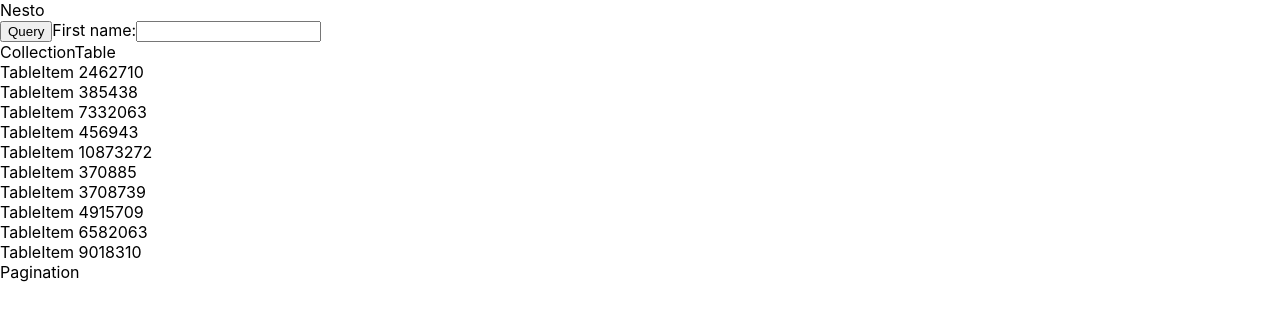
Repository: ivan-baljkas/pristupni_zadatak
Page: / (app in frontend/react-akademija-master/)
The author's editor kept a copy of each file at every save. The page is drawn from the files as they stood at one save, then again after the next save.
The browser window is 1280 px wide. The pictures show the whole page.
The project was rebuilt for these pictures with package versions that can differ from the ones it lists, and the page was loaded fresh each time.

Above is the page before, as saved 2021-07-21 12:39:27.

### frontend/react-akademija-master/src/App.js
import React from "react";
import { SearchForm } from "./components/SearchForm";
import { CollectionTable } from "./components/CollectionTable";
import { TableItem } from "./components/TableItem";
import { Pagination } from "./components/Pagination";
import data from "./data.json";

const App = () => {
  console.log(data);

  return (
    <div>
      <header>
        Nesto
      </header>
        <SearchForm/>
        <CollectionTable/>
        {data.releases.map(release=>(
          <TableItem id={release.id}/>
        ))}
        <Pagination/>
    </div>
  );
};

export default App;

### frontend/react-akademija-master/src/components/SearchForm.jsx
import React, { Component } from 'react'

export const SearchForm = (props) =>{

    return(
        <div>
            <button type="button">Query</button>
            <label for="fname">First name:</label>
            <input type="text" id="fname" name="fname"/>
        </div>
    );
};

### frontend/react-akademija-master/src/components/CollectionTable.jsx
import React, { Component } from 'react'

export const CollectionTable = (props) =>{

    return(
        <div>
            CollectionTable
        </div>
    );
};

### frontend/react-akademija-master/src/components/TableItem.jsx
import React, { Component } from 'react'

export const TableItem = (props) =>{

    return(
        <div>
            TableItem {props.id}
        </div>
    );
};

### frontend/react-akademija-master/src/components/Pagination.jsx
import React, { Component } from 'react'

export const Pagination = (props) =>{

    return(
        <div>
            Pagination
        </div>
    );
};

### frontend/react-akademija-master/src/data.json
{
  "pagination": {
    "page": 1,
    "pages": 26,
    "per_page": 10,
    "items": 255,
    "urls": {
      "first": "https://api.discogs.com/users/adrianmusiccollector/collection/folders/0/releases?per_page=10&page=1",
      "last": "https://api.discogs.com/users/adrianmusiccollector/collection/folders/0/releases?per_page=10&page=26",
      "prev": "https://api.discogs.com/users/adrianmusiccollector/collection/folders/0/releases?per_page=10&page=1",
      "next": "https://api.discogs.com/users/adrianmusiccollector/collection/folders/0/releases?per_page=10&page=3"
    }
  },
  "releases": [
    {
      "id": 2462710,
      "instance_id": 495199692,
      "date_added": "2020-08-04T08:57:28-07:00",
      "rating": 0,
      "basic_information": {
        "id": 2462710,
        "master_id": 28197,
        "master_url": "https://api.discogs.com/masters/28197",
        "resource_url": "https://api.discogs.com/releases/2462710",
        "thumb": "",
        "cover_image": "",
        "title": "Danzig III: How The Gods Kill",
        "year": 0,
        "formats": [
          { "name": "CD", "qty": "1", "descriptions": ["Album", "Reissue"] }
        ],
        "labels": [
          {
            "name": "American Recordings",
            "catno": "491785 2",
            "entity_type": "1",
            "entity_type_name": "Label",
            "id": 2569,
            "resource_url": "https://api.discogs.com/labels/2569"
          },
          {
            "name": "Columbia",
            "catno": "02-491785-10",
            "entity_type": "1",
            "entity_type_name": "Label",
            "id": 1866,
            "resource_url": "https://api.discogs.com/labels/1866"
          }
        ],
        "artists": [
          {
            "name": "Danzig",
            "anv": "",
            "join": "",
            "role": "",
            "tracks": "",
            "id": 217411,
            "resource_url": "https://api.discogs.com/artists/217411"
          }
        ],
        "genres": ["Rock"],
        "styles": ["Blues Rock", "Hard Rock", "Heavy Metal"]
      }
    },
    {
      "id": 385438,
      "instance_id": 495284040,
      "date_added": "2020-08-04T15:46:56-07:00",
      "rating": 0,
      "basic_information": {
        "id": 385438,
        "master_id": 8636,
        "master_url": "https://api.discogs.com/masters/8636",
        "resource_url": "https://api.discogs.com/releases/385438",
        "thumb": "",
        "cover_image": "",
        "title": "For Those About To Rock We Salute You",
        "year": 1994,
        "formats": [
          {
            "name": "CD",
            "qty": "1",
            "descriptions": ["Album", "Reissue", "Remastered"]
          }
        ],
        "labels": [
          {
            "name": "ATCO Records",
            "catno": "7567-92412-2",
            "entity_type": "1",
            "entity_type_name": "Label",
            "id": 3820,
            "resource_url": "https://api.discogs.com/labels/3820"
          }
        ],
        "artists": [
          {
            "name": "AC/DC",
            "anv": "",
            "join": "",
            "role": "",
            "tracks": "",
            "id": 84752,
            "resource_url": "https://api.discogs.com/artists/84752"
          }
        ],
        "genres": ["Rock"],
        "styles": ["Hard Rock"]
      }
    },
    {
      "id": 7332063,
      "instance_id": 495260051,
      "date_added": "2020-08-04T14:14:50-07:00",
      "rating": 0,
      "basic_information": {
        "id": 7332063,
        "master_id": 8580,
        "master_url": "https://api.discogs.com/masters/8580",
        "resource_url": "https://api.discogs.com/releases/7332063",
        "thumb": "",
        "cover_image": "",
        "title": "Live",
        "year": 0,
        "formats": [
          { "name": "CD", "qty": "2", "descriptions": ["Album", "Reissue"] }
        ],
        "labels": [
          {
            "name": "ATCO Records",
            "catno": "7567-92212-2",
            "entity_type": "1",
            "entity_type_name": "Label",
            "id": 3820,
            "resource_url": "https://api.discogs.com/labels/3820"
          },
          {
            "name": "Albert Productions",
            "catno": "7567-92212-2",
            "entity_type": "1",
            "entity_type_name": "Label",
            "id": 33440,
            "resource_url": "https://api.discogs.com/labels/33440"
          }
        ],
        "artists": [
          {
            "name": "AC/DC",
            "anv": "",
            "join": "",
            "role": "",
            "tracks": "",
            "id": 84752,
            "resource_url": "https://api.discogs.com/artists/84752"
          }
        ],
        "genres": ["Rock"],
        "styles": ["Hard Rock", "Rock & Roll"]
      }
    },
    {
      "id": 456943,
      "instance_id": 495284592,
      "date_added": "2020-08-04T15:48:52-07:00",
      "rating": 0,
      "basic_information": {
        "id": 456943,
        "master_id": 8437,
        "master_url": "https://api.discogs.com/masters/8437",
        "resource_url": "https://api.discogs.com/releases/456943",
        "thumb": "",
        "cover_image": "",
        "title": "High Voltage",
        "year": 1994,
        "formats": [
          {
            "name": "CD",
            "qty": "1",
            "descriptions": ["Album", "Reissue", "Remastered"]
          }
        ],
        "labels": [
          {
            "name": "ATCO Records",
            "catno": "7567-92413-2",
            "entity_type": "1",
            "entity_type_name": "Label",
            "id": 3820,
            "resource_url": "https://api.discogs.com/labels/3820"
          },
          {
            "name": "ATCO Records",
            "catno": "92413-2",
            "entity_type": "1",
            "entity_type_name": "Label",
            "id": 3820,
            "resource_url": "https://api.discogs.com/labels/3820"
          }
        ],
        "artists": [
          {
            "name": "AC/DC",
            "anv": "",
            "join": "",
            "role": "",
            "tracks": "",
            "id": 84752,
            "resource_url": "https://api.discogs.com/artists/84752"
          }
        ],
        "genres": ["Rock"],
        "styles": ["Hard Rock"]
      }
    },
    {
      "id": 10873272,
      "instance_id": 719463895,
      "date_added": "2021-05-31T11:07:58-07:00",
      "rating": 0,
      "basic_information": {
        "id": 10873272,
        "master_id": 315130,
        "master_url": "https://api.discogs.com/masters/315130",
        "resource_url": "https://api.discogs.com/releases/10873272",
        "thumb": "",
        "cover_image": "",
        "title": "Lightning Strikes",
        "year": 1986,
        "formats": [{ "name": "CD", "qty": "1", "descriptions": ["Album"] }],
        "labels": [
          {
            "name": "ATCO Records",
            "catno": "790 512-2",
            "entity_type": "1",
            "entity_type_name": "Label",
            "id": 3820,
            "resource_url": "https://api.discogs.com/labels/3820"
          },
          {
            "name": "ATCO Records",
            "catno": "90512-2",
            "entity_type": "1",
            "entity_type_name": "Label",
            "id": 3820,
            "resource_url": "https://api.discogs.com/labels/3820"
          }
        ],
        "artists": [
          {
            "name": "Loudness (5)",
            "anv": "",
            "join": "",
            "role": "",
            "tracks": "",
            "id": 594808,
            "resource_url": "https://api.discogs.com/artists/594808"
          }
        ],
        "genres": ["Rock"],
        "styles": ["Hard Rock", "Heavy Metal"]
      }
    },
    {
      "id": 370885,
      "instance_id": 495193819,
      "date_added": "2020-08-04T08:15:48-07:00",
      "rating": 0,
      "basic_information": {
        "id": 370885,
        "master_id": 8670,
        "master_url": "https://api.discogs.com/masters/8670",
        "resource_url": "https://api.discogs.com/releases/370885",
        "thumb": "",
        "cover_image": "",
        "title": "The Razors Edge",
        "year": 1990,
        "formats": [{ "name": "CD", "qty": "1", "descriptions": ["Album"] }],
        "labels": [
          {
            "name": "ATCO Records",
            "catno": "7567-91413-2",
            "entity_type": "1",
            "entity_type_name": "Label",
            "id": 3820,
            "resource_url": "https://api.discogs.com/labels/3820"
          },
          {
            "name": "ATCO Records",
            "catno": "7567-91413-2 YS",
            "entity_type": "1",
            "entity_type_name": "Label",
            "id": 3820,
            "resource_url": "https://api.discogs.com/labels/3820"
          },
          {
            "name": "Albert Productions",
            "catno": "7567-91413-2",
            "entity_type": "1",
            "entity_type_name": "Label",
            "id": 33440,
            "resource_url": "https://api.discogs.com/labels/33440"
          },
          {
            "name": "Albert Productions",
            "catno": "7567-91413-2 YS",
            "entity_type": "1",
            "entity_type_name": "Label",
            "id": 33440,
            "resource_url": "https://api.discogs.com/labels/33440"
          }
        ],
        "artists": [
          {
            "name": "AC/DC",
            "anv": "",
            "join": "",
            "role": "",
            "tracks": "",
            "id": 84752,
            "resource_url": "https://api.discogs.com/artists/84752"
          }
        ],
        "genres": ["Rock"],
        "styles": ["Hard Rock"]
      }
    },
    {
      "id": 3708739,
      "instance_id": 659792917,
      "date_added": "2021-04-01T02:51:07-07:00",
      "rating": 0,
      "basic_information": {
        "id": 3708739,
        "master_id": 451115,
        "master_url": "https://api.discogs.com/masters/451115",
        "resource_url": "https://api.discogs.com/releases/3708739",
        "thumb": "",
        "cover_image": "",
        "title": "Loudness",
        "year": 1992,
        "formats": [{ "name": "CD", "qty": "1", "descriptions": ["Album"] }],
        "labels": [
          {
            "name": "ATCO Records",
            "catno": "WPCL-657",
            "entity_type": "1",
            "entity_type_name": "Label",
            "id": 3820,
            "resource_url": "https://api.discogs.com/labels/3820"
          },
          {
            "name": "Warner Music Japan",
            "catno": "WPCL-657",
            "entity_type": "1",
            "entity_type_name": "Label",
            "id": 52253,
            "resource_url": "https://api.discogs.com/labels/52253"
          }
        ],
        "artists": [
          {
            "name": "Loudness (5)",
            "anv": "",
            "join": "",
            "role": "",
            "tracks": "",
            "id": 594808,
            "resource_url": "https://api.discogs.com/artists/594808"
          }
        ],
        "genres": ["Rock"],
        "styles": ["Speed Metal", "Hard Rock", "Heavy Metal"]
      }
    },
    {
      "id": 4915709,
      "instance_id": 495258801,
      "date_added": "2020-08-04T14:09:39-07:00",
      "rating": 0,
      "basic_information": {
        "id": 4915709,
        "master_id": 578071,
        "master_url": "https://api.discogs.com/masters/578071",
        "resource_url": "https://api.discogs.com/releases/4915709",
        "thumb": "",
        "cover_image": "",
        "title": "Operation Mindcrime + Queen Of The Reich ",
        "year": 1999,
        "formats": [
          {
            "name": "CD",
            "qty": "2",
            "text": "Media book",
            "descriptions": [
              "Compilation",
              "Deluxe Edition",
              "Reissue",
              "Remastered"
            ]
          }
        ],
        "labels": [
          {
            "name": "Axe Killer Records",
            "catno": "3052182",
            "entity_type": "1",
            "entity_type_name": "Label",
            "id": 83934,
            "resource_url": "https://api.discogs.com/labels/83934"
          },
          {
            "name": "Axe Killer Records",
            "catno": "Wag 351",
            "entity_type": "1",
            "entity_type_name": "Label",
            "id": 83934,
            "resource_url": "https://api.discogs.com/labels/83934"
          }
        ],
        "artists": [
          {
            "name": "Queensr\u00ffche",
            "anv": "",
            "join": "",
            "role": "",
            "tracks": "",
            "id": 255363,
            "resource_url": "https://api.discogs.com/artists/255363"
          }
        ],
        "genres": ["Rock"],
        "styles": ["Heavy Metal"]
      }
    },
    {
      "id": 6582063,
      "instance_id": 495262219,
      "date_added": "2020-08-04T14:24:02-07:00",
      "rating": 0,
      "basic_information": {
        "id": 6582063,
        "master_id": 29521,
        "master_url": "https://api.discogs.com/masters/29521",
        "resource_url": "https://api.discogs.com/releases/6582063",
        "thumb": "",
        "cover_image": "",
        "title": "Metal Heart",
        "year": 0,
        "formats": [
          {
            "name": "CD",
            "qty": "1",
            "descriptions": ["Album", "Reissue", "Remastered", "Repress"]
          }
        ],
        "labels": [
          {
            "name": "BMG",
            "catno": "74321 93213 2",
            "entity_type": "1",
            "entity_type_name": "Label",
            "id": 1003,
            "resource_url": "https://api.discogs.com/labels/1003"
          },
          {
            "name": "RCA",
            "catno": "74321 93213 2",
            "entity_type": "1",
            "entity_type_name": "Label",
            "id": 895,
            "resource_url": "https://api.discogs.com/labels/895"
          },
          {
            "name": "Musicline.de",
            "catno": "74321 93213 2",
            "entity_type": "1",
            "entity_type_name": "Label",
            "id": 651772,
            "resource_url": "https://api.discogs.com/labels/651772"
          }
        ],
        "artists": [
          {
            "name": "Accept",
            "anv": "",
            "join": "",
            "role": "",
            "tracks": "",
            "id": 271475,
            "resource_url": "https://api.discogs.com/artists/271475"
          }
        ],
        "genres": ["Rock"],
        "styles": ["Heavy Metal"]
      }
    },
    {
      "id": 9018310,
      "instance_id": 495282966,
      "date_added": "2020-08-04T15:43:26-07:00",
      "rating": 0,
      "basic_information": {
        "id": 9018310,
        "master_id": 4844,
        "master_url": "https://api.discogs.com/masters/4844",
        "resource_url": "https://api.discogs.com/releases/9018310",
        "thumb": "",
        "cover_image": "",
        "title": "Master Of Reality",
        "year": 2014,
        "formats": [
          {
            "name": "CD",
            "qty": "1",
            "text": "Digipak",
            "descriptions": ["Album", "Reissue", "Remastered"]
          }
        ],
        "labels": [
          {
            "name": "BMG",
            "catno": "2730325",
            "entity_type": "1",
            "entity_type_name": "Label",
            "id": 1003,
            "resource_url": "https://api.discogs.com/labels/1003"
          },
          {
            "name": "Sanctuary",
            "catno": "2730325",
            "entity_type": "1",
            "entity_type_name": "Label",
            "id": 28233,
            "resource_url": "https://api.discogs.com/labels/28233"
          }
        ],
        "artists": [
          {
            "name": "Black Sabbath",
            "anv": "",
            "join": "",
            "role": "",
            "tracks": "",
            "id": 144998,
            "resource_url": "https://api.discogs.com/artists/144998"
          }
        ],
        "genres": ["Rock"],
        "styles": ["Hard Rock", "Heavy Metal"]
      }
    }
  ]
}

Loaded but not shown: frontend/react-akademija-master/public/index.html (common file); frontend/react-akademija-master/src/index.js (common file); frontend/react-akademija-master/src/index.css (common file); frontend/react-akademija-master/src/reportWebVitals.js (common file)

After the next save:
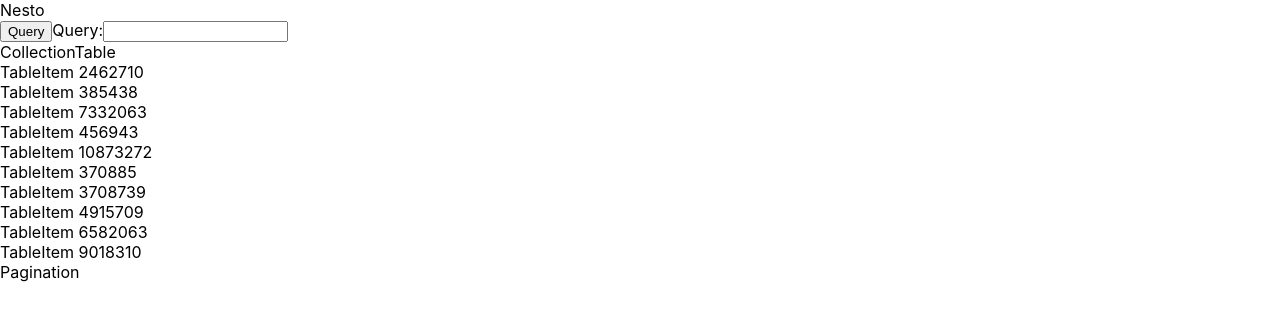
Saved 11 s later.
--- a/frontend/react-akademija-master/src/components/SearchForm.jsx
+++ b/frontend/react-akademija-master/src/components/SearchForm.jsx
@@ -5,7 +5,7 @@ export const SearchForm = (props) =>{
     return(
         <div>
             <button type="button">Query</button>
-            <label for="fname">First name:</label>
+            <label for="fname">Query:</label>
             <input type="text" id="fname" name="fname"/>
         </div>
     );
